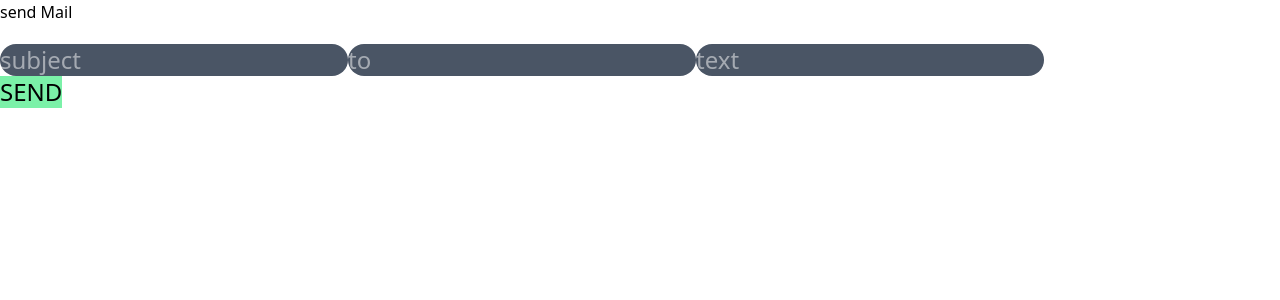
Repository: ridhukhan/sendmail
Page: / (app in Frontend/)
The author's editor kept a copy of each file at every save. The page is drawn from the files as they stood at one save, then again after the next save.
The browser window is 1280 px wide. The pictures show the whole page.
The project was rebuilt for these pictures with package versions that can differ from the ones it lists, and the page was loaded fresh each time.

Above is the page before, as saved 2026-02-10 14:55:20.

### Frontend/src/main.jsx
import { StrictMode } from 'react'
import { createRoot } from 'react-dom/client'
import './index.css'
import App from './App.jsx'
export const server="http://localhost:5000"
createRoot(document.getElementById('root')).render(
  <StrictMode>
    <App />
  </StrictMode>,
)

### Frontend/src/App.jsx

function App() {

  return (
    <>
    <h1>send Mail </h1>
    <form className="flex-col text-2xl align-middle justify-center">
<input type="text" name="" id="" placeholder='subject' className="bg-gray-600 text-white border-amber-50 rounded-2xl"/>


<input type="email" name="" id="" placeholder='to' className="bg-gray-600 text-white border-amber-50 rounded-2xl mt-5" />
<input type="text" name="" id="" placeholder='text' className="bg-gray-600 text-white border-amber-50 rounded-2xl mt-5"/><br />
<button className="bg-green-300">SEND</button>
    </form>
       </>
  )
}

export default App

Loaded but not shown: Frontend/index.html (common file); Frontend/src/index.css (common file)

After the next save:
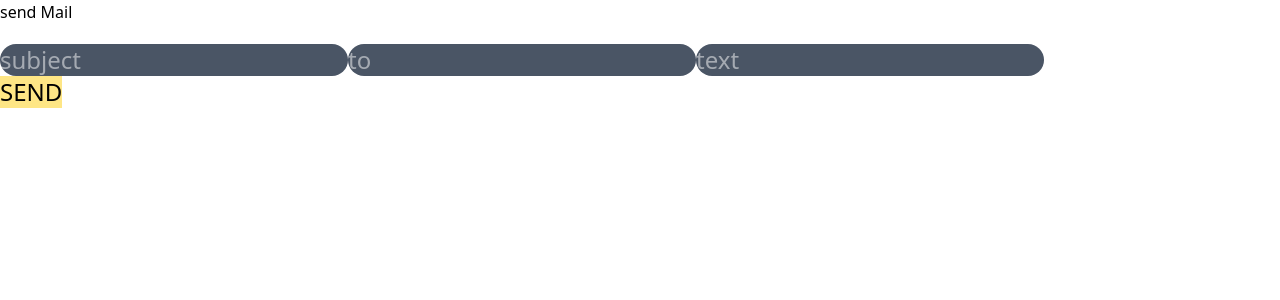
Saved 42 s later.
--- a/Frontend/src/App.jsx
+++ b/Frontend/src/App.jsx
@@ -10,7 +10,7 @@ function App() {
 
 <input type="email" name="" id="" placeholder='to' className="bg-gray-600 text-white border-amber-50 rounded-2xl mt-5" />
 <input type="text" name="" id="" placeholder='text' className="bg-gray-600 text-white border-amber-50 rounded-2xl mt-5"/><br />
-<button className="bg-green-300">SEND</button>
+<button className="bg-amber-200">SEND</button>
     </form>
        </>
   )
